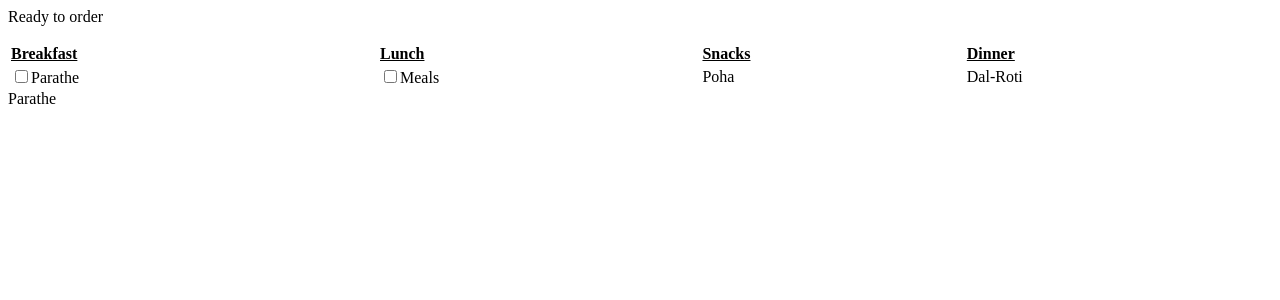
Repository: agarwaljayant7/JavaStuffs
Page: BillingSystem/HotelBillingSystem/WebContent/Menu.html
The author's editor kept a copy of each file at every save. The page is drawn from the files as they stood at one save, then again after the next save.
The browser window is 1280 px wide. The pictures show the whole page.

Above is the page before, as saved 2019-12-27 17:04:08.

After the next save:
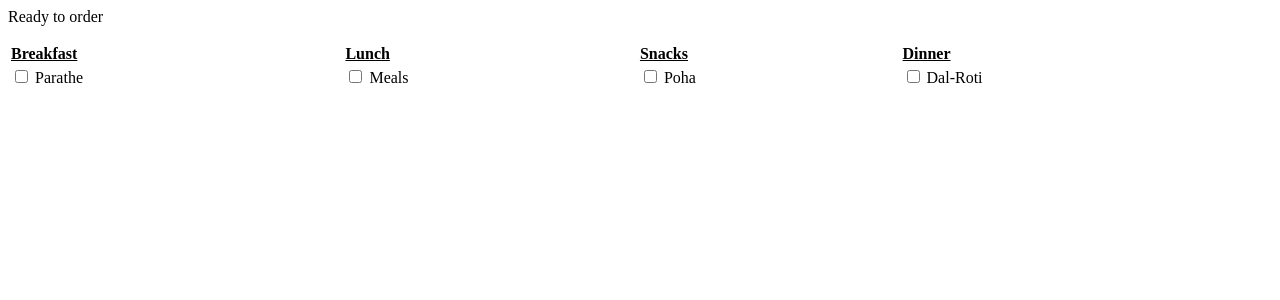
Saved 81 s later.
--- a/BillingSystem/HotelBillingSystem/WebContent/Menu.html
+++ b/BillingSystem/HotelBillingSystem/WebContent/Menu.html
@@ -14,15 +14,13 @@
     <td><b><u>Dinner</u></b></td>
   </tr>
   <tr>
-    <td><input type ="checkbox"/>Parathe</td>
-    <td><input type ="checkbox"/>Meals</td>
-    <td>Poha</td>
-    <td>Dal-Roti</td>
+    <td><input type ="checkbox"/> Parathe</td>
+    <td><input type ="checkbox"/> Meals</td>
+    <td><input type ="checkbox"/> Poha</td>
+    <td><input type ="checkbox"/> Dal-Roti</td>
   </tr>
 </table>
 
-
- Parathe
 <!-- <button onclick="myFunction()">Try it</button>
 
 <script>
